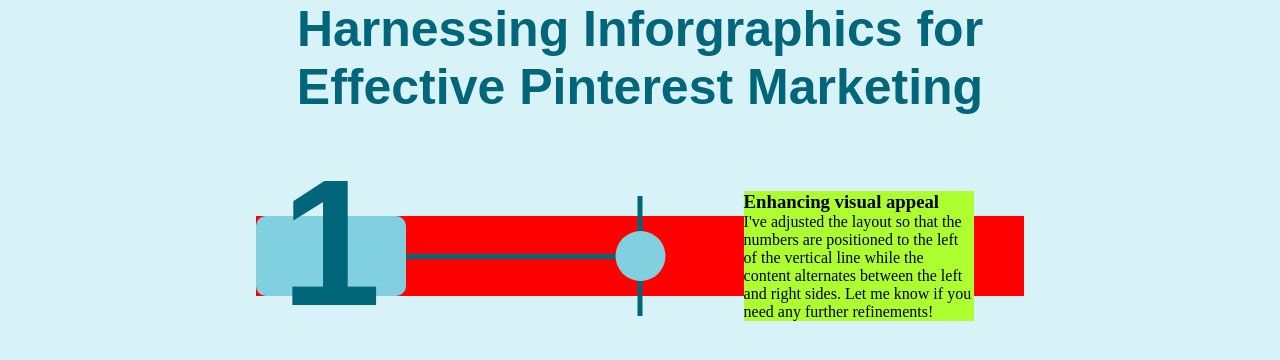
Repository: ayushrajput545/InforGraphic-page
Page: index.html
The author's editor kept a copy of each file at every save. The page is drawn from the files as they stood at one save, then again after the next save.
The browser window is 1280 px wide. The pictures show the whole page.
Some web fonts or font styles are not loaded; a fallback is used.

Above is the page before, as saved 2025-04-01 22:53:20.

### index.html
<!DOCTYPE html>
<html lang="en">
<head>
    <meta charset="UTF-8">
    <meta name="viewport" content="width=device-width, initial-scale=1.0">
    <link rel="stylesheet" href="style.css">
    <link rel="preconnect" href="https://fonts.googleapis.com">
    <link rel="preconnect" href="https://fonts.gstatic.com" crossorigin>
    <link href="https://fonts.googleapis.com/css2?family=Protest+Riot&display=swap" rel="stylesheet">
</head>
<body>

    <h1 class="header">Harnessing Inforgraphics for Effective Pinterest Marketing</h1>



    <div class="container">


            <div class="content-steps">

                <div class="overlap">
                    <h1 class="steps">1</h1>
                </div>

                <div class="line-horizontal"></div>

                <div class="line-vertical">
                    <div class="circle"></div>
                </div>

                <div class="content-right">

                    <h3 id="content-header">Enhancing visual appeal</h3>
                    <p>I've adjusted the layout so that the numbers are positioned to the left of the vertical line while the content alternates between the left and right sides. Let me know if you need any further refinements!</p>

                </div>

            </div>


    </div>

</body>
</html>

### style.css
*{
    margin: 0;
    padding: 0;
    box-sizing: border-box;
}

body{
    background-color: #d8f3f7;;
}

.header{
    font-family: "Protest Riot", sans-serif;
    text-align: center;
    max-width: 60%;
    margin: auto;
    font-size: 50px;
    font-weight: bold;
    color: #02667a;
}

.container{
    position: relative;
    width: 60%;
    margin: auto;
    background-color: red;
    margin-top: 100px;
}

.content-steps{
    display: flex;
    align-items: center;
    position: relative;
}

.overlap{
    background-color: #81d0e0;
    width: 150px;
    height: 80px;
    position: relative;
    z-index: 1;
    display: flex;
    justify-content: center;
    border-radius: 10px;
}

.steps{
    font-family: "Protest Riot", sans-serif;
    font-size: 180px;
    font-weight: bold;
    color: #02667a;
    position: absolute;
    z-index: 2;
    bottom: -50px;
}

.line-horizontal{
    background-color: #02667a;
    width: 30%;
    height: 5px;
    position: relative;
}

.circle {
    width: 50px;
    height: 50px;
    background-color: #81d0e0;
    border-radius: 50%;
    position: absolute;
    left: 50%;
    transform: translate(-50%, -50%); /* Ensures proper overlap */
    top: 60px; /* Places it at the intersection */
}



.line-vertical {
    width: 5px; /* Thickness of the line */
    height: 120px; /* Adjust as needed */
    background-color: #02667a;
    position: absolute;
    left: 50%; /* Centers the line */
    transform: translateX(-50%);

}

.content-right{
    background-color: greenyellow;
    width: 30%;
    position: absolute;
    right: 50px

}

After the next save:
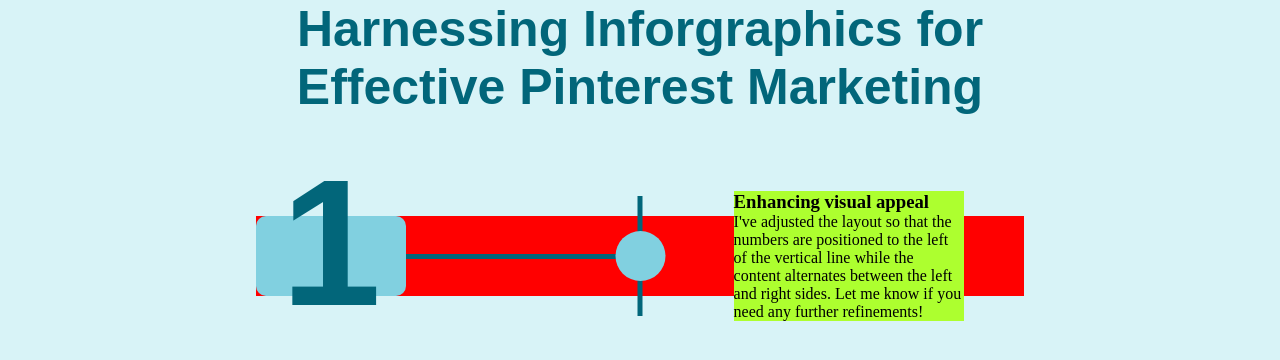
Saved 9 s later.
--- a/style.css
+++ b/style.css
@@ -87,6 +87,6 @@
     background-color: greenyellow;
     width: 30%;
     position: absolute;
-    right: 50px
+    right: 60px
 
 }
